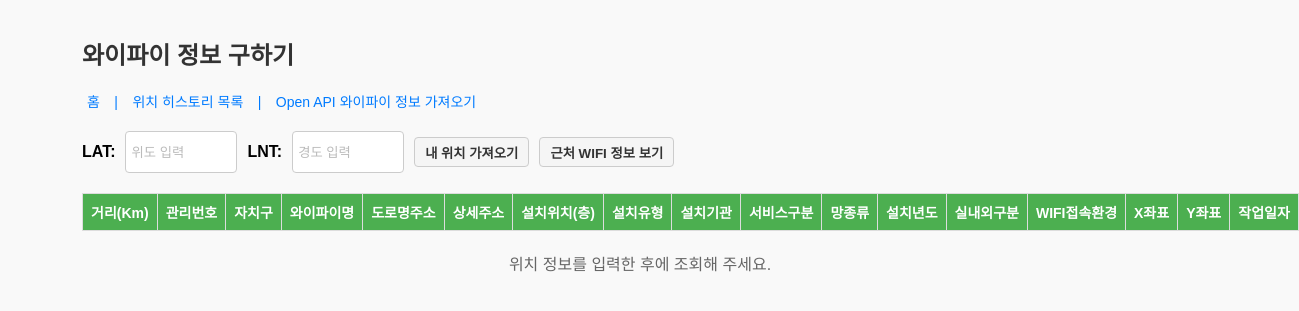
Repository: sangpyolee0/zerobase_task
Page: http://localhost/WifiProject/
An editor plug-in stored every save of this project. The page is shown before and after the next save, followed by the edit.
The browser window is 1280 px wide. The page is 1299 px wide, so the pictures cover 1299 px, including what lies to the right of the window. The pictures show the whole page.
The page is served by Tomcat 9.

Above is the page before, as saved 2024-12-08 18:21:54.

After the next save:
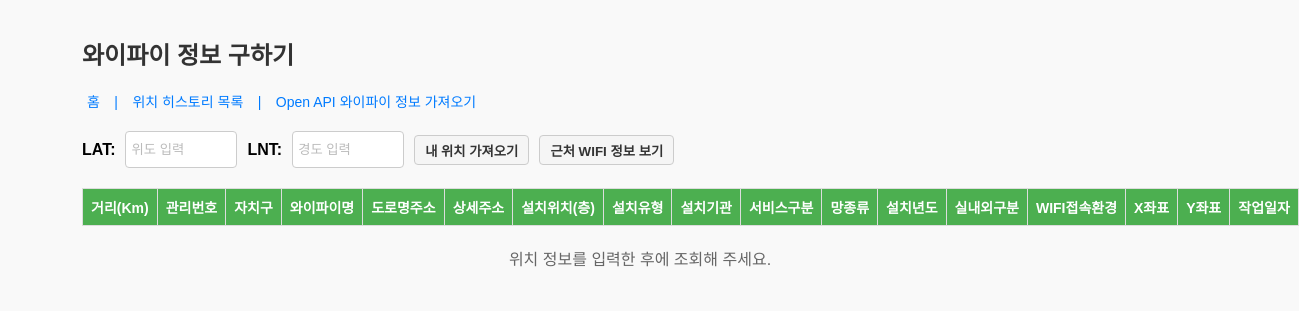
Saved 2 min 2 s later.
--- a/WifiProject/src/main/webapp/css/index.css
+++ b/WifiProject/src/main/webapp/css/index.css
@@ -60,7 +60,7 @@ form input {
     border: 1px solid #ccc;
     border-radius: 4px;
     width: 100px;
-    height: 30px;
+    height: 25px;
 }
 
 form input::placeholder {
